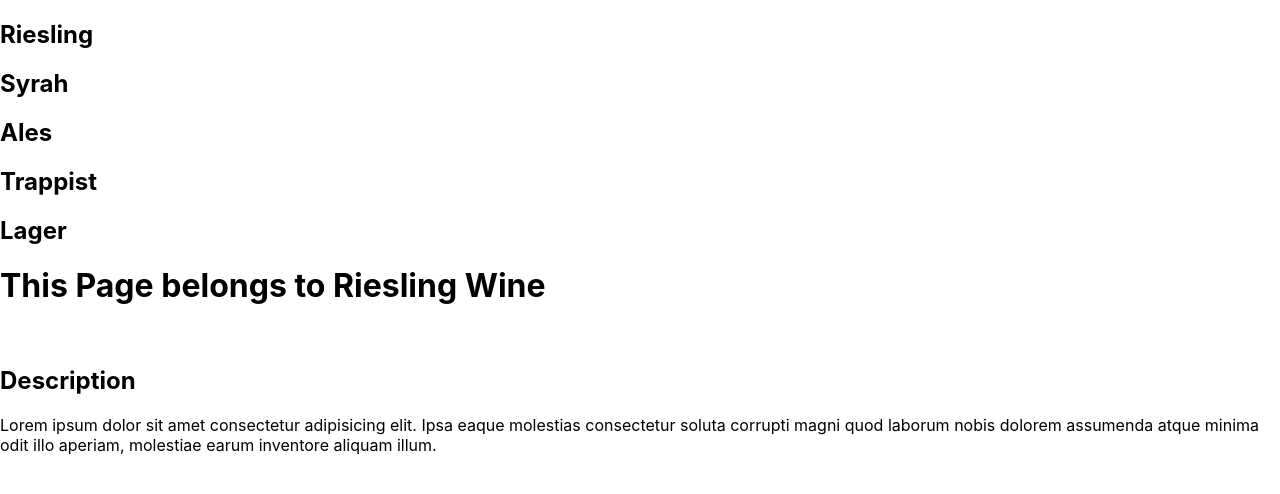
Repository: portretrieve/react-practice
Page: /
The author's editor kept a copy of each file at every save. The page is drawn from the files as they stood at one save, then again after the next save.
The browser window is 1280 px wide. The pictures show the whole page.
The project was rebuilt for these pictures with package versions that can differ from the ones it lists, and the page was loaded fresh each time. Also part of the build but not shown: src/wines/Syrah.js, src/beers/Ale.js, src/beers/Lager.js, src/beers/Trappist.js.

Above is the page before, as saved 2021-08-26 19:05:34.

After the next save:
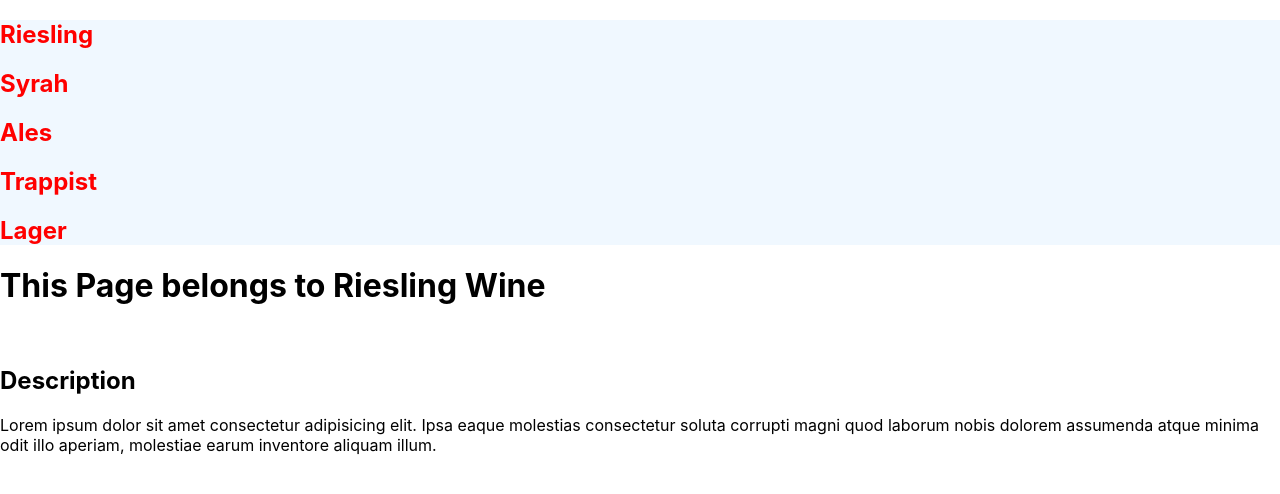
Saved 25 s later.
--- a/src/navigation/Header.js
+++ b/src/navigation/Header.js
@@ -3,7 +3,7 @@ import classes from "./header.module.css";
 
 function Header() {
   return (
-    <header>
+    <header className={classes.background}>
       <nav>
         <h2>Riesling</h2>
         <h2>Syrah</h2>
